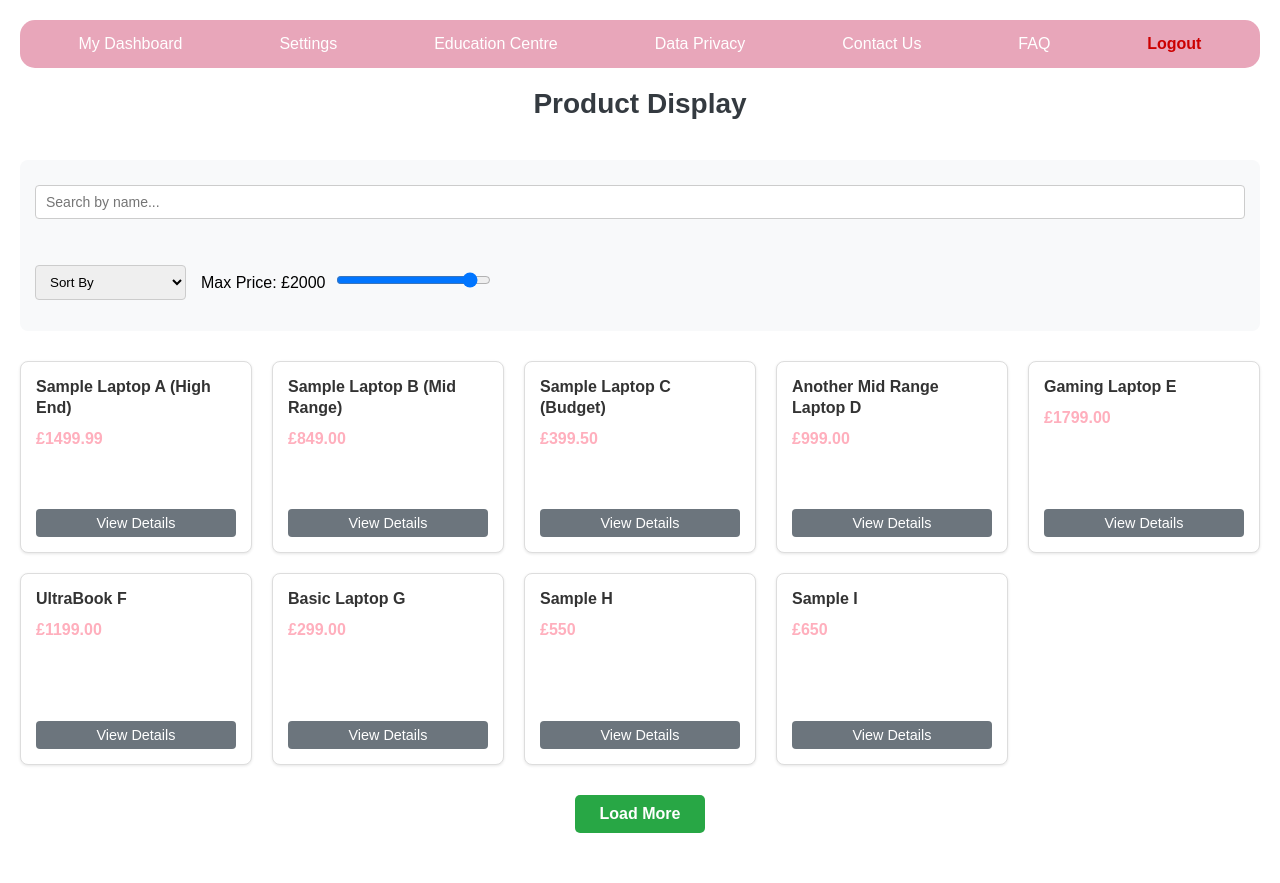
Repository: aab232/https---github.com-aab232-Deferred-Payment-Platform
Page: /main (app in frontend/)
An editor plug-in stored every save of this project. The page is shown before and after the next save, followed by the edit.
The browser window is 1280 px wide. The pictures show the whole page.
The project was rebuilt for these pictures with package versions that can differ from the ones it lists, and the page was loaded fresh each time. Also part of the build but not shown: frontend/src/components/Home.js, frontend/src/components/Register.js, frontend/src/components/Login.js, frontend/src/components/BackButton.css, frontend/src/components/BackButton.js, frontend/src/components/Settings.js, frontend/src/components/Privacy.js.

Above is the page before, as saved 2025-04-07 02:42:55.

### frontend/src/App.js
import React from 'react';
import { BrowserRouter as Router, Routes, Route } from 'react-router-dom';
import Home from './components/Home';
import Register from './components/Register';
import Login from './components/Login';
import Main from './components/Main';
import Settings from './components/Settings';
import Privacy from './components/Privacy';

const App = () => {
  return (
    <Router>
      <Routes>
        <Route path="/" element={<Home />} />
        <Route path="/login" element={<Login />} />
        <Route path="/register" element={<Register />} />
        <Route path="/main" element={<Main />} />
        <Route path="/settings" element={<Settings />} />
        <Route path="/privacy" element={<Privacy />} />
      </Routes>
    </Router>
  );
};

export default App;

### frontend/src/components/Main.js
import React, { useState, useEffect } from 'react';
import { useNavigate } from 'react-router-dom';
// No longer need: import axios from 'axios';
import './Main.css'; // Keep your existing CSS import

// --- Mock Data (Replace API Call) ---
// Define some static product data that mimics the structure your component expects.
const mockProducts = [
    {
        title: "Sample Laptop A (High End)",
        price: "£1499.99", // Price as a string, like from the API
        link: "#product-a", // Placeholder link
        numericPrice: 1499.99 // Pre-calculated numeric price
    },
    {
        title: "Sample Laptop B (Mid Range)",
        price: "£849.00",
        link: "#product-b",
        numericPrice: 849.00
    },
    {
        title: "Sample Laptop C (Budget)",
        price: "£399.50",
        link: "#product-c",
        numericPrice: 399.50
    },
    {
        title: "Another Mid Range Laptop D",
        price: "£999.00",
        link: "#product-d",
        numericPrice: 999.00
    },
    {
        title: "Gaming Laptop E",
        price: "£1799.00",
        link: "#product-e",
        numericPrice: 1799.00
    },
    {
        title: "UltraBook F",
        price: "£1199.00",
        link: "#product-f",
        numericPrice: 1199.00
    },
    {
        title: "Basic Laptop G",
        price: "£299.00",
        link: "#product-g",
        numericPrice: 299.00
    },
    // Add more mock products if needed (at least 9 to test "Load More")
    { title: "Sample H", price: "£550", link: "#h", numericPrice: 550 },
    { title: "Sample I", price: "£650", link: "#i", numericPrice: 650 },
    { title: "Sample J", price: "£750", link: "#j", numericPrice: 750 },
    { title: "Sample K", price: "£1350", link: "#k", numericPrice: 1350 },
];
// ------------------------------------

const Main = () => {
    // --- State Variables ---
    // Initialize 'products' state with the mock data directly
    const [products, setProducts] = useState(mockProducts);
    const [filteredProducts, setFilteredProducts] = useState(mockProducts); // Initially show all mock products
    const [searchTerm, setSearchTerm] = useState('');
    const [sortOption, setSortOption] = useState('');
    const [priceRange, setPriceRange] = useState([0, 2000]); // Default max price range
    const [selectedProduct, setSelectedProduct] = useState(null); // For the modal
    // Removed 'loading' and 'error' states as they were tied to API fetching
    const [visibleProducts, setVisibleProducts] = useState(9); // For "Load More"
    const navigate = useNavigate();

    // --- Removed the useEffect for Data Fetching ---
    // The data is now static mock data, loaded instantly.

    // --- Effect for Filtering and Sorting (Remains the same) ---
    // This effect now works on the 'products' state initialized with mock data
    useEffect(() => {
        let updatedProducts = products.filter(product =>
            product.title.toLowerCase().includes(searchTerm.toLowerCase()) &&
            product.numericPrice >= priceRange[0] &&
            product.numericPrice <= priceRange[1]
        );

        // Apply sorting
        if (sortOption === 'price-asc') {
            updatedProducts.sort((a, b) => a.numericPrice - b.numericPrice);
        } else if (sortOption === 'price-desc') {
            updatedProducts.sort((a, b) => b.numericPrice - a.numericPrice);
        } else if (sortOption === 'name') {
            updatedProducts.sort((a, b) => a.title.localeCompare(b.title));
        }

        setFilteredProducts(updatedProducts);
        setVisibleProducts(9); // Reset visible count when filters/sort change
    }, [searchTerm, sortOption, priceRange, products]); // 'products' dependency is okay here

    // --- Event Handlers (Remain the same) ---
    const handleShowMore = () => {
        setVisibleProducts(prevVisible => prevVisible + 9);
    };

    const openModal = (product) => {
        setSelectedProduct(product);
    };

    const closeModal = () => {
        setSelectedProduct(null);
    };

    // --- Render Logic (Remove Loading/Error sections) ---
    return (
        <div className="main-container">
                        {/* --- Navigation Taskbar --- */}
                        <nav className="taskbar">
                <span className="tab" onClick={() => navigate('/dashboard')}>My Dashboard</span>
                <span className="tab" onClick={() => navigate('/settings')}>Settings</span>
                {/* Added back the missing tabs below */}
                <span className="tab" onClick={() => navigate('/education')}>Education Centre</span>
                <span className="tab" onClick={() => navigate('/privacy')}>Data Privacy</span>
                <span className="tab" onClick={() => navigate('/contact')}>Contact Us</span>
                <span className="tab" onClick={() => navigate('/faq')}>FAQ</span>
                {/* End of added back tabs */}
                <span className="tab logout" onClick={() => navigate('/login')}>Logout</span>
            </nav>

            <h1>Product Display</h1> {/* Changed title slightly */}

            {/* --- Filter/Sort Controls (Remains the same) --- */}
            <div className="controls filters">
                <input
                    type="text"
                    placeholder="Search by name..."
                    value={searchTerm}
                    onChange={(e) => setSearchTerm(e.target.value)}
                    aria-label="Search products by name"
                />
                <select value={sortOption} onChange={(e) => setSortOption(e.target.value)} aria-label="Sort products">
                    <option value="">Sort By</option>
                    <option value="price-asc">Price: Low to High</option>
                    <option value="price-desc">Price: High to Low</option>
                    <option value="name">Name: A-Z</option>
                </select>
                <div className="price-filter">
                    <label htmlFor="priceRange">Max Price: £{priceRange[1]}</label>
                    <input
                        id="priceRange"
                        type="range"
                        min="0"
                        max="2000" // Adjust max based on mock data range if needed
                        step="50"
                        value={priceRange[1]}
                        onChange={(e) => setPriceRange([0, Number(e.target.value)])}
                        aria-label="Maximum price filter"
                    />
                </div>
            </div>

            {/* --- Product Display Area (Loading/Error states removed) --- */}
            <div className="content-area">
                 {/* No loading/error messages needed here anymore */}
                <>
                    {/* --- Product Grid (Remains the same) --- */}
                    <div className="products-container">
                        {filteredProducts.length > 0 ? (
                            filteredProducts.slice(0, visibleProducts).map((product, index) => (
                                <div
                                    key={product.link || index} // Use link as key if unique, else index
                                    className="product-card"
                                    onClick={() => openModal(product)}
                                    role="button"
                                    tabIndex="0"
                                    aria-label={`View details for ${product.title}`}
                                >
                                    <h3 className="product-title">{product.title}</h3>
                                    <p className="product-price">{product.price}</p>
                                    {/* Link now points to placeholder href from mock data */}
                                    <a
                                        href={product.link}
                                        target="_blank"
                                        rel="noopener noreferrer"
                                        className="product-view-link"
                                        onClick={(e) => { e.preventDefault(); e.stopPropagation(); /* Prevent default for '#' links and stop modal*/ }}
                                    >
                                        View Details {/* Changed text slightly */}
                                    </a>
                                </div>
                            ))
                        ) : (
                            // This message now shows if filters result in no matches from mock data
                            <p>No products match your criteria.</p>
                        )}
                    </div>

                    {/* --- Load More Button (Remains the same) --- */}
                    {filteredProducts.length > visibleProducts && (
                        <button onClick={handleShowMore} className="load-more-button">
                            Load More
                        </button>
                    )}
                </>
            </div>

            {/* --- Product Detail Modal (Remains the same) --- */}
            {selectedProduct && (
                <div className="product-modal" onClick={closeModal}>
                    <div className="modal-content" onClick={(e) => e.stopPropagation()}>
                        <span className="close-button" onClick={closeModal} role="button" aria-label="Close modal">×</span>
                        <h2>{selectedProduct.title}</h2>
                        <p className="modal-price">{selectedProduct.price}</p>
                        <div className="buttons">
                            {/* Link now points to placeholder href from mock data */}
                            <a
                                href={selectedProduct.link}
                                target="_blank"
                                rel="noopener noreferrer"
                                className="modal-action-button"
                                onClick={(e) => e.preventDefault() /* Prevent default for '#' links */}
                            >
                                View Product Page {/* Changed text slightly */}
                            </a>
                        </div>
                    </div>
                </div>
            )}
        </div>
    );
};

export default Main;

### frontend/src/components/Home.css
.container {
    display: flex;
    justify-content: center;
    align-items: center;
    height: 100vh; /* Full viewport height */
    background: linear-gradient(135deg, #252f3b, #252d3b); /* Elegant gradient */
  }

  .card {
    text-align: center;
    background: #fff;
    padding: 40px 60px;
    border-radius: 24px;
    box-shadow: 0 8px 32px rgba(0, 0, 0, 0.2);
    max-width: 350px;
    width: 100%;
  }

  h1 {
    margin-bottom: 16px;
    font-size: 28px;
    color: #252f3b;
  }

  p {
    margin-bottom: 32px;
    font-size: 16px;
    color: #555;
  }

  .button-group {
    display: flex;
    justify-content: space-between;
  }

  .btn {
    padding: 12px 24px;
    font-size: 16px;
    border: none;
    border-radius: 30px; /* Rounded buttons */
    cursor: pointer;
    transition: background 0.3s ease;
    color: white;
    background: #252f3b;
  }

  .btn:hover {
    background: #252f3b; /* Button hover effect */
  }

### frontend/src/components/Form.css
.container {
  display: flex;
  justify-content: center;
  align-items: center;
  height: 100vh;
  background: linear-gradient(200deg, #eff7f6, #F7D6E0);
}

.form-card {
  background: white;
  padding: 40px 60px;
  border-radius: 24px;
  box-shadow: 0 8px 32px rgba(0, 0, 0, 0.2);
  max-width: 400px;
  width: 100%;
  text-align: center;
}

h2 {
  color: #252f3b;
}

input {
  display: block;
  width: 100%;
  margin: 10px 0;
  padding: 12px;
  border: 1px solid #ddd;
  border-radius: 30px;
}

.btn {
  padding: 12px 24px;
  margin-top: 20px;
  border-radius: 30px;
  border: none;
  color: white;
  background: #6b212e;
  cursor: pointer;
}

.btn:hover {
  background: #a41b34;
}

.link {
  color: #6b212e;
  cursor: pointer;
}

### frontend/src/components/Main.css
.main-container {
  padding: 20px;
  font-family: sans-serif; /* Added basic font */
}

/* --- Taskbar (Your Styles) --- */
.taskbar {
  display: flex;
  justify-content: space-around; /* Consider space-between or gap if needed */
  background: #e8a6ba;
  padding: 10px;
  color: white;
  border-radius: 15px; /* Rounds the edges of the taskbar */
  margin-bottom: 20px; /* Add some space below taskbar */
}

.tab {
  cursor: pointer;
  padding: 5px 10px; /* Added padding for better click area */
}
.tab:hover {
    background-color: rgba(255, 255, 255, 0.2); /* Subtle hover */
    border-radius: 5px;
}

.logout {
  color: #cc0000; /* Darker red often looks better */
  font-weight: bold;
}

/* --- Controls/Filters --- */
/* Using your class name, added flex for layout */
.controls.filters {
  margin-top: 40px; /* Your spacing */
  display: flex;
  gap: 15px; /* Spacing between filter elements */
  align-items: center; /* Align items vertically */
  flex-wrap: wrap; /* Allow filters to wrap on small screens */
  padding: 15px; /* Add some padding */
  background-color: #f8f9fa; /* Light background */
  border-radius: 8px; /* Rounded corners */
  margin-bottom: 30px; /* Space before products */
}

.controls input[type="text"],
.controls select {
  padding: 8px 10px;
  border: 1px solid #ccc;
  border-radius: 4px;
}

.price-filter {
  display: flex;
  align-items: center;
  gap: 10px;
}
.price-filter label {
    white-space: nowrap; /* Prevent label text wrapping */
}
.price-filter input[type="range"] {
    cursor: pointer;
}

h1 {
    text-align: center;
    margin-top: 10px; /* Adjust spacing relative to taskbar/filters */
    margin-bottom: 20px;
    color: #333;
}

/* --- Content Area --- */
.content-area {
    /* Optional wrapper if you need specific styling */
}


/* --- Products (Your Styles + Enhancements) --- */
.products-container {
  /* display: flex; */ /* Flex is okay, but Grid is often better for wrapping cards */
  /* flex-wrap: wrap; */
  display: grid; /* Using Grid for better alignment */
  grid-template-columns: repeat(auto-fill, minmax(200px, 1fr)); /* Responsive columns based on your 200px width */
  gap: 20px; /* Your gap */
  margin-top: 0; /* Reset margin-top if using .controls margin */
}

.product-card {
  /* width: 200px; */ /* Grid handles width with minmax */
  border: 1px solid #ddd;
  padding: 15px; /* Slightly more padding */
  cursor: pointer;
  background-color: white;
  border-radius: 8px; /* Nicer rounded corners */
  box-shadow: 0 1px 3px rgba(0,0,0,0.1);
  transition: transform 0.2s ease, box-shadow 0.2s ease;
  display: flex; /* Added flex to manage content */
  flex-direction: column; /* Stack content vertically */
  justify-content: space-between; /* Push button/link to bottom */
  min-height: 160px; /* Ensure cards have some height */
}

.product-card:hover {
  transform: translateY(-3px);
  box-shadow: 0 4px 8px rgba(0,0,0,0.15);
}

/* Removed .product-card img */

.product-card h3 { /* Style title */
    font-size: 1em;
    margin: 0 0 8px 0; /* Adjust margin */
    color: #333;
    line-height: 1.3; /* Improve readability */
}

.product-card p { /* Style price */
    font-weight: bold;
    color: #ffafbd; /* Example price color */
    margin: 0 0 10px 0; /* Adjust margin */
}

.product-view-link { /* Style the direct link on card */
    display: inline-block;
    padding: 6px 10px;
    background-color: #6c757d; /* Secondary button color */
    color: white;
    text-decoration: none;
    border-radius: 4px;
    text-align: center;
    font-size: 0.9em;
    margin-top: auto; /* Push to bottom */
    transition: background-color 0.2s ease;
}
.product-view-link:hover {
    background-color: #5a6268;
}

/* --- Load More Button --- */
.load-more-button {
    display: block; /* Center it */
    margin: 30px auto; /* Spacing */
    padding: 10px 25px;
    font-size: 1em;
    cursor: pointer;
    background-color: #28a745; /* Green */
    color: white;
    border: none;
    border-radius: 5px;
    transition: background-color 0.2s ease;
}
.load-more-button:hover {
    background-color: #218838;
}

/* --- Modal (Your Styles + Enhancements) --- */
.product-modal { /* Your backdrop class */
  position: fixed;
  top: 0;
  left: 0;
  width: 100%;
  height: 100%;
  background: rgba(0, 0, 0, 0.6); /* Slightly darker backdrop */
  display: flex;
  justify-content: center;
  align-items: center;
  z-index: 1050; /* Ensure it's above other content */
}

.modal-content { /* Your content class */
  background: white;
  padding: 25px 30px; /* More padding */
  /* width: 400px; */ /* Consider max-width for responsiveness */
  max-width: 500px;
  width: 90%; /* Allow shrinking on small screens */
  text-align: center;
  border-radius: 8px; /* Rounded corners */
  position: relative; /* Needed for absolute positioning close button */
  box-shadow: 0 5px 15px rgba(0,0,0,0.3);
}

.close-button { /* Your close button class */
  cursor: pointer;
  font-size: 1.8em; /* Larger */
  position: absolute;
  top: 10px;
  right: 15px;
  color: #aaa;
  background: none; /* Ensure no background */
  border: none; /* Ensure no border */
  line-height: 1; /* Prevent extra spacing */
  padding: 0; /* Reset padding */
}
.close-button:hover {
    color: #333;
}

.modal-content h2 {
    margin-top: 0;
    margin-bottom: 15px;
    color: #333;
}
.modal-price {
    font-size: 1.3em;
    font-weight: bold;
    color: #007bff;
    margin-bottom: 20px;
}

.buttons { /* Your buttons wrapper */
  margin-top: 20px; /* More space above buttons */
}

/* Styling the action button inside the modal */
.modal-action-button {
    /* Replicating .buttons button style: margin: 5px; */
    margin: 5px;
    /* Add button appearance */
    display: inline-block;
    padding: 10px 20px;
    background-color: #007bff;
    color: white;
    text-decoration: none;
    border: none;
    border-radius: 5px;
    font-size: 1em;
    cursor: pointer;
    transition: background-color 0.2s ease;
}
.modal-action-button:hover {
    background-color: #0056b3;
}

### frontend/src/components/Settings.css
.settings-container {
  display: flex;
  flex-direction: column;
  align-items: center;
  padding: 40px 20px;
  background: #f8f9fa;
  min-height: 100vh;
}

h1 {
  color: #343a40;
  margin-bottom: 20px;
}

.menu {
  display: flex;
  gap: 20px;
  margin-bottom: 40px;
}

.menu button {
  padding: 10px 20px;
  border: none;
  border-radius: 8px;
  cursor: pointer;
  transition: background 0.3s ease;
  font-weight: bold;
  background: #007bff;
  color: white;
}

.menu .danger {
  background: #dc3545;
}

.menu button:hover {
  opacity: 0.8;
}

/* Dropdown styling */
.dropdown {
  display: flex;
  flex-direction: column;
  gap: 10px;
  margin-top: 20px;
}

.dropdown button {
  padding: 8px 16px;
  border: none;
  border-radius: 8px;
  background: #6c757d;
  color: white;
  cursor: pointer;
  transition: background 0.3s ease;
}

.dropdown button:hover {
  background: #495057;
}

/* Section Styling */
.section {
  width: 100%;
  max-width: 600px;
  background: white;
  padding: 30px;
  border-radius: 16px;
  box-shadow: 0 8px 24px rgba(0, 0, 0, 0.1);
  margin-top: 20px;
}

h2 {
  color: #495057;
  margin-bottom: 20px;
}

input {
  width: 100%;
  padding: 12px;
  margin-bottom: 15px;
  border: 1px solid #ced4da;
  border-radius: 8px;
  font-size: 14px;
}

button {
  padding: 12px 20px;
  border: none;
  border-radius: 8px;
  cursor: pointer;
  background: #28a745;
  color: white;
  font-weight: bold;
}

button:hover {
  opacity: 0.9;
}

.info {
  margin-top: 20px;
  color: #6c757d;
}

### frontend/src/components/Privacy.css
.container {
    display: flex;
    justify-content: center;
    align-items: center;
    height: 100vh;
    background: linear-gradient(200deg, #eff7f6, #F7D6E0);
  }

  .form-card {
    background: white;
    padding: 40px 60px;
    border-radius: 24px;
    box-shadow: 0 8px 32px rgba(0, 0, 0, 0.2);
    max-width: 400px;
    width: 100%;
  }

  h2 {
    color: #252f3b;
    font-size: 24px;
    margin-bottom: 20px;
  }

  p {
    color: #252f3b;
    font-size: 16px;
    line-height: 1.5;
    margin-bottom: 20px;
    text-align: left;  /* Align text to the left */
  }

  .btn {
    padding: 12px 24px;
    margin-top: 20px;
    border-radius: 30px;
    border: none;
    color: white;
    background: #6b212e;
    cursor: pointer;
    width: 100%;  /* Make button full-width */
  }

  .btn:hover {
    background: #a41b34;
  }

  .link {
    color: #6b212e;
    cursor: pointer;
    text-decoration: underline;
    display: inline-block;
    margin-top: 10px;
  }

  .link:hover {
    color: #a41b34;
  }

  .privacy-container {
    text-align: left;  /* Align all text to the left */
    margin-top: 20px;
  }

  .request-data-btn {
    padding: 10px 20px;
    margin-top: 15px;
    background-color: #6b212e;
    color: white;
    border: none;
    border-radius: 30px;
    cursor: pointer;
    font-size: 16px;
    width: 100%;  /* Make the button full-width */
  }

  .request-data-btn:hover {
    background-color: #a41b34;
  }

Loaded but not shown: frontend/public/index.html (common file); frontend/src/index.js (common file); frontend/src/index.css (common file)

After the next save:
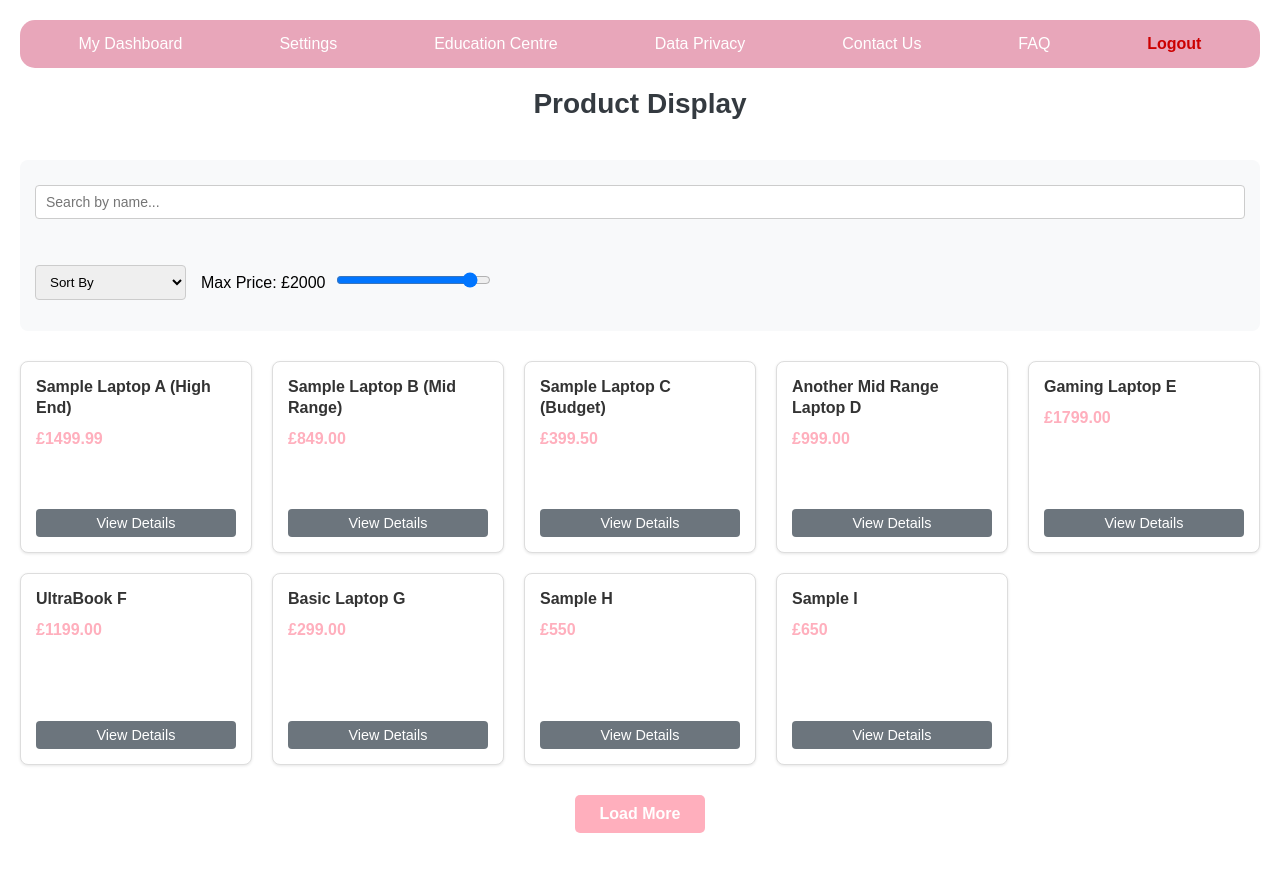
Saved 44 s later.
--- a/frontend/src/components/Main.css
+++ b/frontend/src/components/Main.css
@@ -142,7 +142,7 @@ h1 {
     padding: 10px 25px;
     font-size: 1em;
     cursor: pointer;
-    background-color: #28a745; /* Green */
+    background-color: #ffafbd; /* Green */
     color: white;
     border: none;
     border-radius: 5px;
